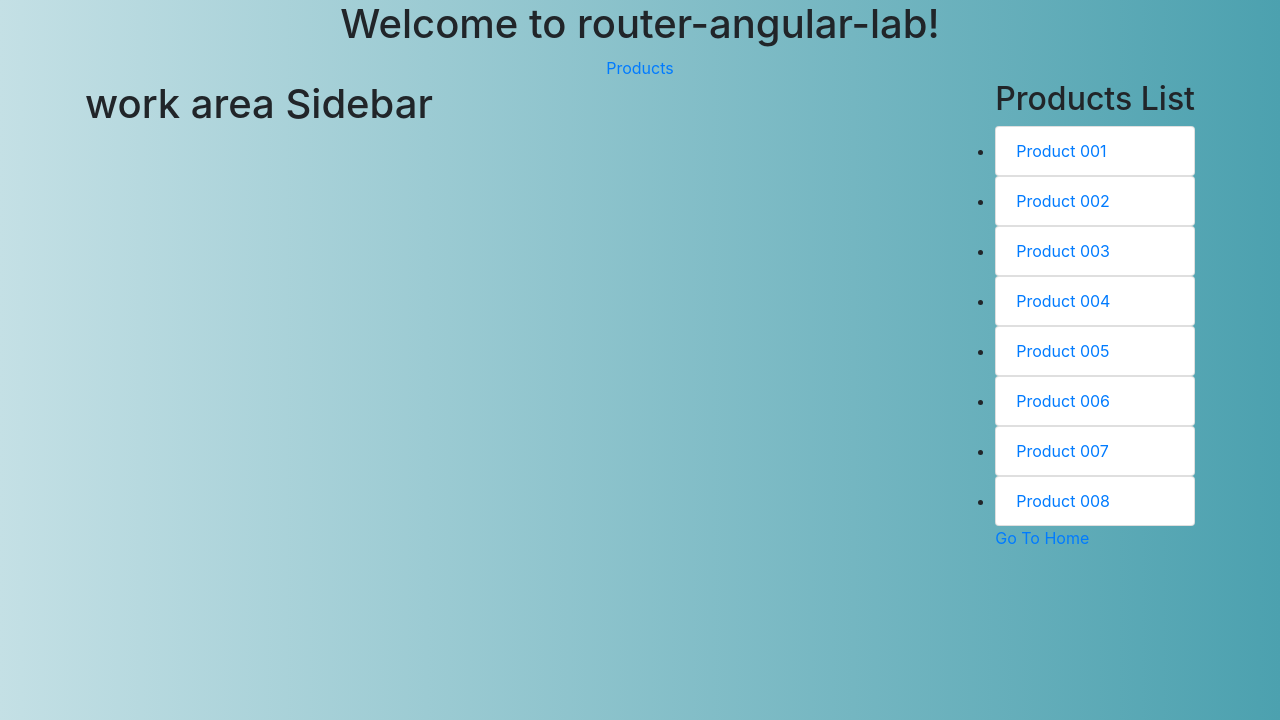
Repository: desalab/router-angular-lab
Page: /products
The author's editor kept a copy of each file at every save. The page is drawn from the files as they stood at one save, then again after the next save.
The browser window is 1280 px wide. The pictures show the whole page.
The project was rebuilt for these pictures with package versions that can differ from the ones it lists, and the page was loaded fresh each time. Also part of the build but not shown: angular.json, src/app/product-detail/product-detail.component.ts, src/app/product-list-sidebar/product-list-sidebar.component.ts, src/app/home/home.component.ts.

Above is the page before, as saved 2018-12-06 01:08:31.

After the next save:
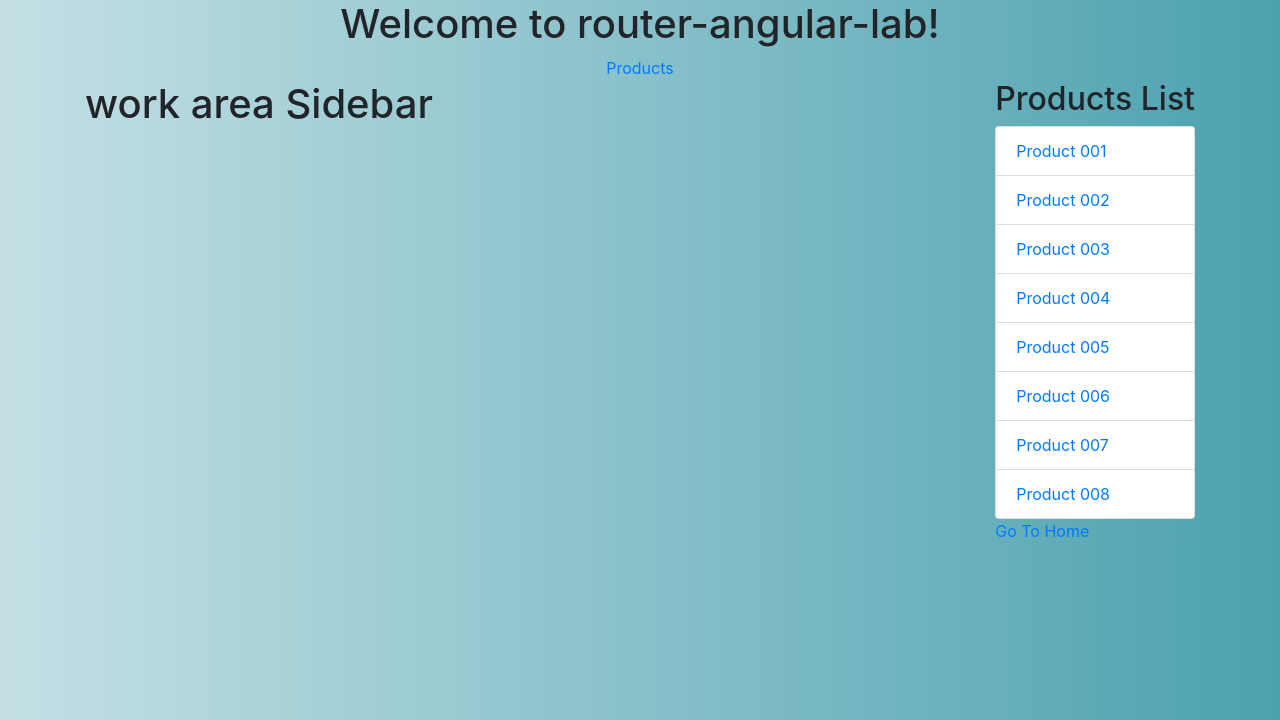
Saved 32 s later.
--- a/src/app/product-list/product-list.component.html
+++ b/src/app/product-list/product-list.component.html
@@ -1,8 +1,8 @@
 <h2>Products List</h2>
 
 <ul class="list-group">
-	<li *ngFor="let product of products">
-		<a class="list-group-item" [routerLink]="['/product/', product.id]">{{product.name}}</a>
+	<li class="list-group-item"  *ngFor="let product of products">
+		<a [routerLink]="['/product/', product.id]">{{product.name}}</a>
 	</li>
 </ul>
 
